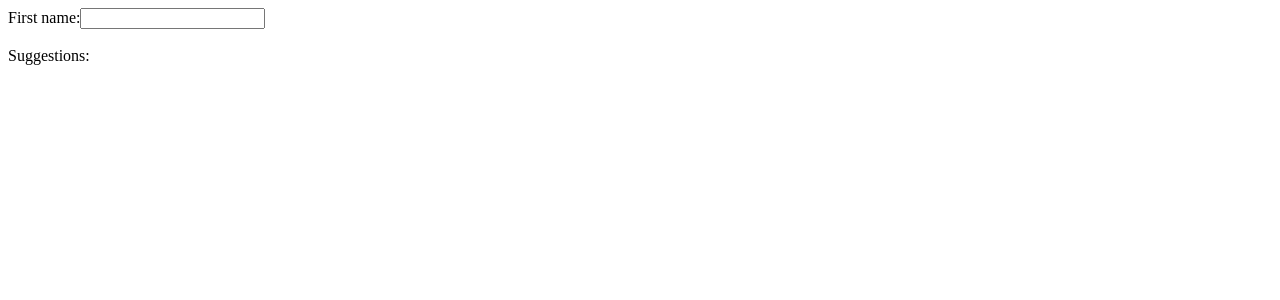
Repository: shiva94/MyProjects
Page: http://localhost/VerizonAjax/hello.jsp
These files come from the project's save history. The page is drawn as it stood at one moment and after the next save; the edit follows.
The browser window is 1280 px wide. The pictures show the whole page.
The page is served by Tomcat 9.

Above is the page before, as saved 2015-08-17 05:31:31.

### VerizonAjax/WebContent/hello.jsp
<%@ page language="java" contentType="text/html; charset=ISO-8859-1"
    pageEncoding="ISO-8859-1"%>
<!DOCTYPE html PUBLIC "-//W3C//DTD HTML 4.01 Transitional//EN" "http://www.w3.org/TR/html4/loose.dtd">
<html>
<head>
<meta http-equiv="Content-Type" content="text/html; charset=ISO-8859-1">
<title>Insert title here</title>
<script type="text/javascript">
function showHint(str) {
var xmlhttp;
if(str.length==0)
	{
	document.getElementById("t").innerHTML="";
	return;
	}
if(window.XMLHTTPRequest)//Non-IE
	{
	xmlhttp=new XMLHttpRequest();
	}
else
	{
	xmlhttp=new ActiveXObject("Microsoft.XMLHTTP");
	}
xmlhttp.onreadystatechange=function()
	{
	if(xmlhttp.readyState==4 && xmlhttp.status==200)
		{
		document.getElementById("t").innerHTML=xmlhttp.responseText;
		}
	}
xmlhttp.open("GET","GetData.jsp?q="+str,true);
xmlhttp.send();
}
</script>
</head>
<body>
<form>
First name:<input type="text" id="txt1" name="put" onkeyup="showHint(this.value)"><br></br>
Suggestions: <span id="t"></span> </p>
</form>
</body>
</html>

After the next save:
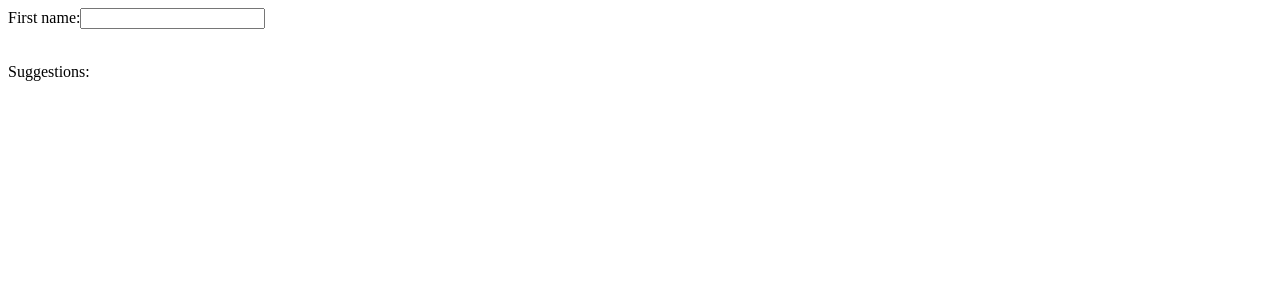
Saved 44 min 43 s later.
--- a/VerizonAjax/WebContent/hello.jsp
+++ b/VerizonAjax/WebContent/hello.jsp
@@ -36,7 +36,7 @@ xmlhttp.send();
 <body>
 <form>
 First name:<input type="text" id="txt1" name="put" onkeyup="showHint(this.value)"><br></br>
-Suggestions: <span id="t"></span> </p>
+<p>Suggestions: <span id="t"></span> </p>
 </form>
 </body>
 </html>
